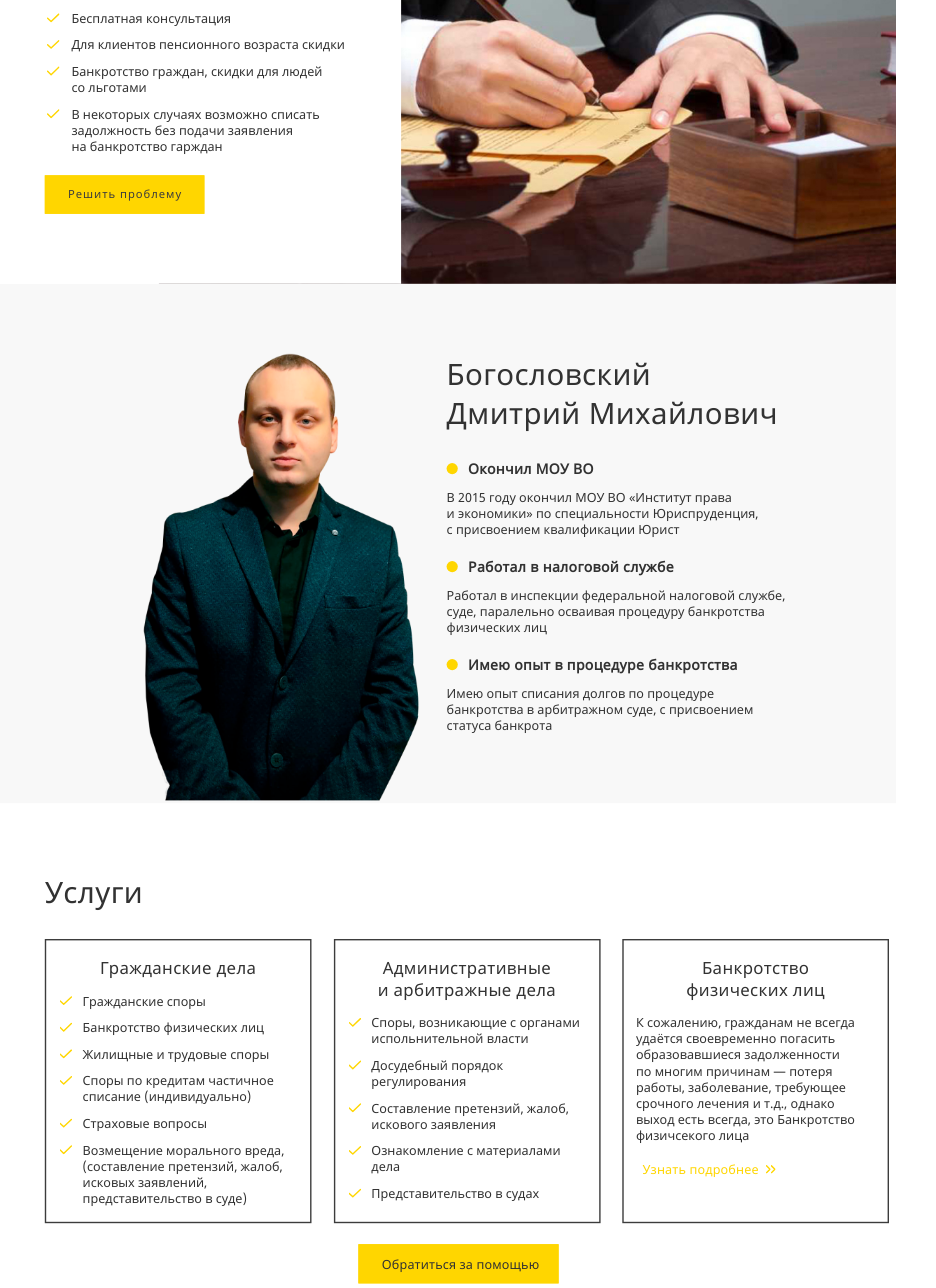
Repository: Nisovaki/antei
Page: http://localhost/
These files come from the project's save history. The page is drawn as it stood at one moment and after the next save; the edit follows.
The browser window is 1280 px wide. The page is 1337 px wide, so the pictures cover 1337 px, including what lies to the right of the window. The pictures show the part of the page from y = 379 to 2219 px (the page is 6209 px tall), at 70% of full size.
The page is run by PHP 8.4 with error messages shown; the project is at /var/www/html/. Style sheets and scripts are compiled from the project's sources, by tool versions that may differ from the author's.

Above is the page before, as saved 2022-03-23 16:55:14.
Console error: SyntaxError: Invalid or unexpected token

After the next save:
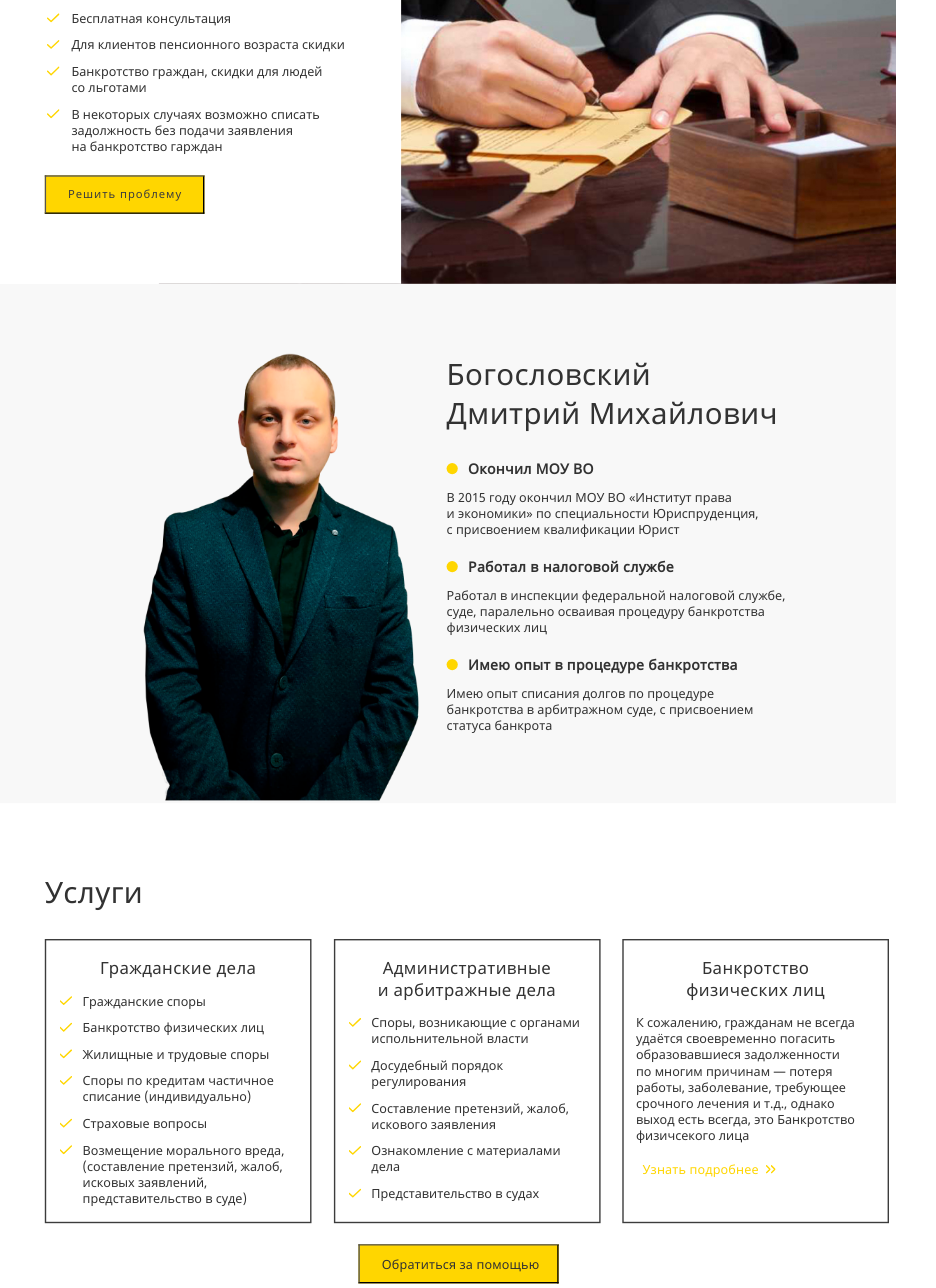
Saved 5 s later.
--- a/sass/_settings.sass
+++ b/sass/_settings.sass
@@ -16,7 +16,6 @@
 		left: 10px
 .button
 	background-color: $btn-color
-	border: 2px solid $btn-color
 	cursor: pointer
 .title
 	font-weight: 500

After the save that followed:
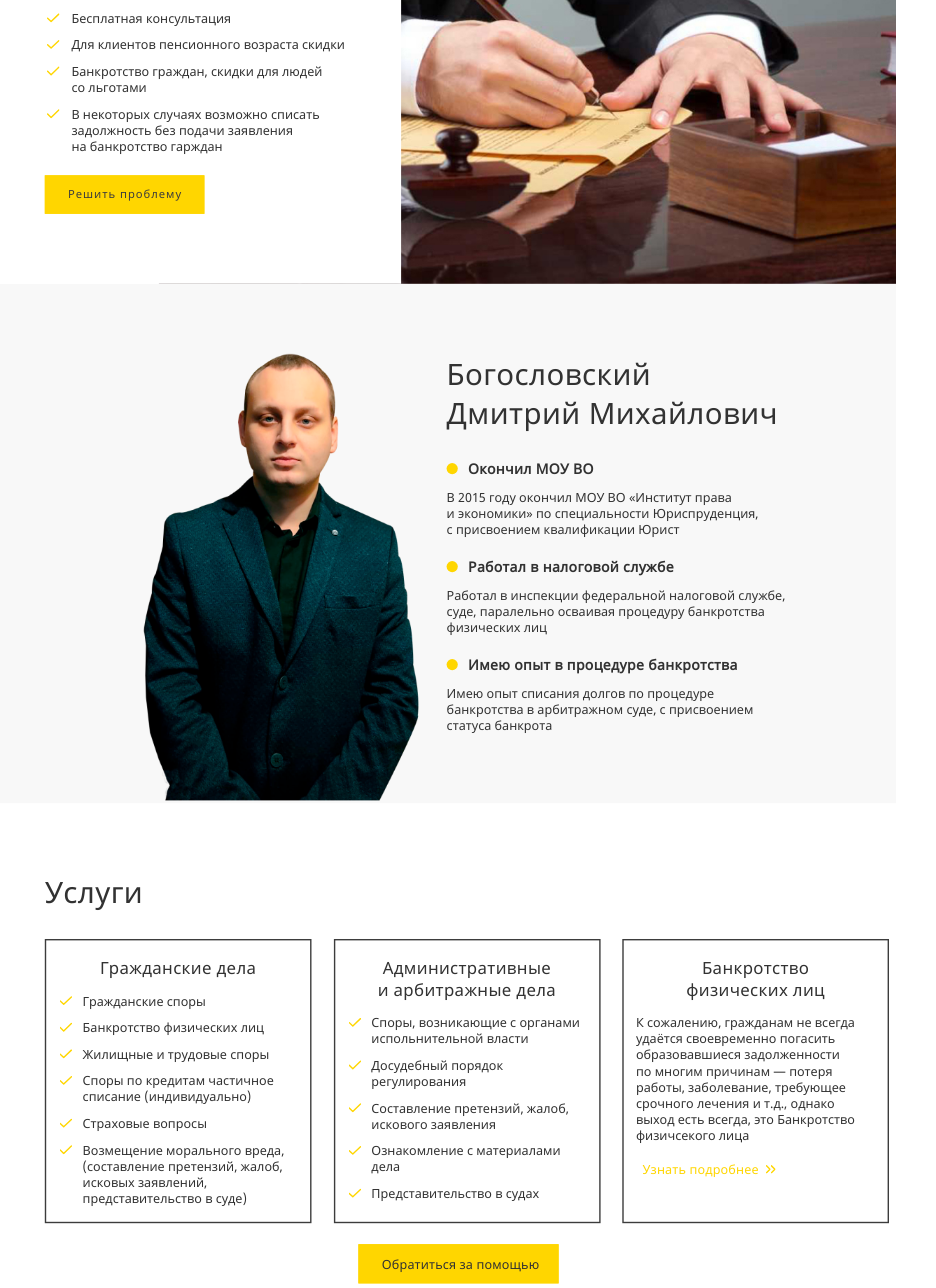
Saved 4 s later.
--- a/sass/_settings.sass
+++ b/sass/_settings.sass
@@ -16,6 +16,7 @@
 		left: 10px
 .button
 	background-color: $btn-color
+	border: 2px solid $btn-color
 	cursor: pointer
 .title
 	font-weight: 500
